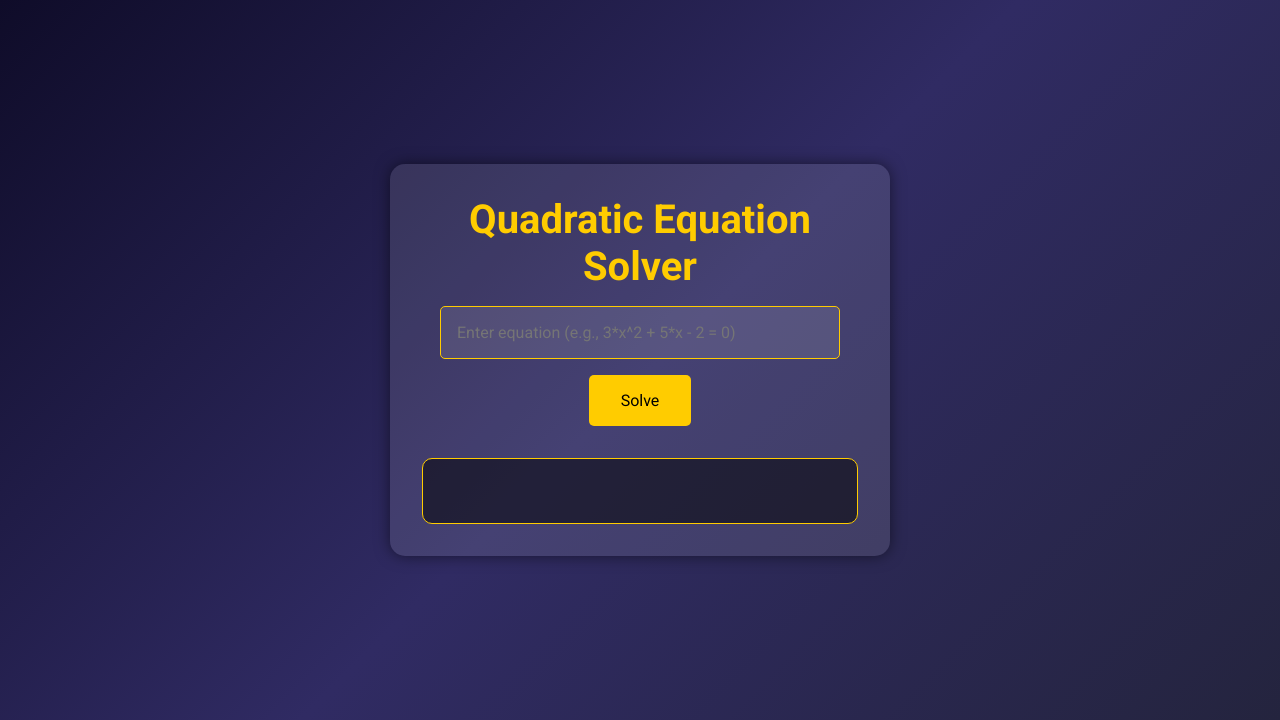
Repository: ngl-ankit/equation-solver
Page: index.html
These files come from the project's save history. The page is drawn as it stood at one moment and after the next save; the edit follows.
The browser window is 1280 px wide. The pictures show the whole page.

Above is the page before, as saved 2024-07-07 12:34:29.

### index.html
<!DOCTYPE html>
<html lang="en">
  <head>
    <meta charset="UTF-8" />
    <meta name="viewport" content="width=device-width, initial-scale=1.0" />
    <title>Quadratic Equation Solver</title>
    <link rel="stylesheet" href="styles.css" />
  </head>
  <body>
    <div class="container">
      <h1>Quadratic Equation Solver</h1>
      <div class="form-container">
        <form id="equation-form">
          <input
            type="text"
            id="equation-input"
            placeholder="Enter equation (e.g., 3*x^2 + 5*x - 2 = 0)"
            required
          />
          <button type="submit" class="solve-btn">Solve</button>
        </form>
      </div>
      <div id="results" class="results"></div>
    </div>
    <script src="script.js"></script>
  </body>
</html>

### styles.css
@import url("https://fonts.googleapis.com/css2?family=Roboto:wght@400;700&display=swap");

* {
  margin: 0;
  padding: 0;
  box-sizing: border-box;
  font-family: "Roboto", sans-serif;
}

body {
  display: flex;
  justify-content: center;
  align-items: center;
  height: 100vh;
  background-color: #0f0c29;
  background-image: linear-gradient(
    135deg,
    #0f0c29 0%,
    #302b63 51%,
    #24243e 100%
  );
  color: #fff;
  font-size: 16px;
}

.container {
  background: rgba(255, 255, 255, 0.1);
  padding: 2rem;
  border-radius: 15px;
  box-shadow: 0 0 15px rgba(0, 0, 0, 0.5);
  text-align: center;
  transition: transform 0.3s ease-in-out;
  max-width: 500px;
  width: 90%;
}

.container:hover {
  transform: scale(1.02);
}

h1 {
  margin-bottom: 1rem;
  font-size: 2.5rem;
  color: #ffcc00;
}

.form-container {
  margin-bottom: 2rem;
}

form {
  display: flex;
  flex-direction: column;
  align-items: center;
}

input[type="text"] {
  width: 100%;
  max-width: 400px;
  padding: 1rem;
  border: 1px solid #ffcc00;
  border-radius: 5px;
  background: rgba(255, 255, 255, 0.1);
  color: #fff;
  outline: none;
  font-size: 1rem;
  margin-bottom: 1rem;
  transition: background-color 0.3s, border-color 0.3s;
}

input[type="text"]:hover,
input[type="text"]:focus {
  background-color: rgba(255, 255, 255, 0.2);
  border-color: #ff9900;
}

button.solve-btn {
  padding: 1rem 2rem;
  border: none;
  background-color: #ffcc00;
  color: #000;
  border-radius: 5px;
  cursor: pointer;
  transition: background-color 0.3s, transform 0.3s;
  font-size: 1rem;
  outline: none;
}

button.solve-btn:hover {
  background-color: #ff9900;
  transform: scale(1.05);
}

.results {
  padding: 2rem;
  background: rgba(0, 0, 0, 0.5);
  border: 1px solid #ffcc00;
  border-radius: 10px;
  animation: fadeIn 0.5s ease-in-out;
  text-align: left;
  max-width: 100%;
}

.results p {
  margin-bottom: 0.5rem;
  font-size: 1rem;
  line-height: 1.5;
}

@keyframes fadeIn {
  from {
    opacity: 0;
  }
  to {
    opacity: 1;
  }
}

Loaded but not shown: script.js (no stored copy; drawn as an empty file)

After the next save:
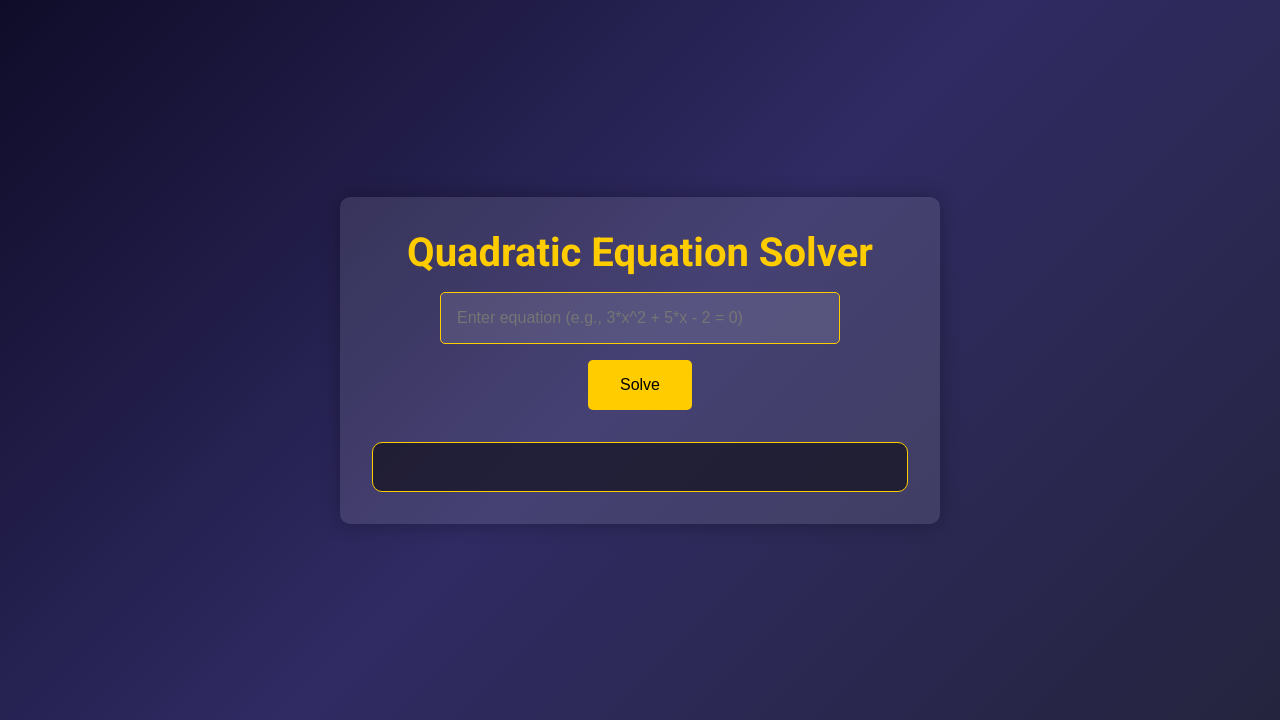
Saved 7 s later.
--- a/styles.css
+++ b/styles.css
@@ -4,7 +4,6 @@
   margin: 0;
   padding: 0;
   box-sizing: border-box;
-  font-family: "Roboto", sans-serif;
 }
 
 body {
@@ -12,35 +11,24 @@ body {
   justify-content: center;
   align-items: center;
   height: 100vh;
-  background-color: #0f0c29;
-  background-image: linear-gradient(
-    135deg,
-    #0f0c29 0%,
-    #302b63 51%,
-    #24243e 100%
-  );
+  font-family: "Roboto", sans-serif;
+  background: linear-gradient(135deg, #0f0c29, #302b63, #24243e);
   color: #fff;
-  font-size: 16px;
 }
 
 .container {
+  max-width: 600px;
+  width: 90%;
   background: rgba(255, 255, 255, 0.1);
   padding: 2rem;
-  border-radius: 15px;
-  box-shadow: 0 0 15px rgba(0, 0, 0, 0.5);
+  border-radius: 10px;
+  box-shadow: 0 0 20px rgba(0, 0, 0, 0.3);
   text-align: center;
-  transition: transform 0.3s ease-in-out;
-  max-width: 500px;
-  width: 90%;
-}
-
-.container:hover {
-  transform: scale(1.02);
 }
 
 h1 {
+  font-size: 2.5rem;
   margin-bottom: 1rem;
-  font-size: 2.5rem;
   color: #ffcc00;
 }
 
@@ -62,7 +50,6 @@ input[type="text"] {
   border-radius: 5px;
   background: rgba(255, 255, 255, 0.1);
   color: #fff;
-  outline: none;
   font-size: 1rem;
   margin-bottom: 1rem;
   transition: background-color 0.3s, border-color 0.3s;
@@ -92,19 +79,19 @@ button.solve-btn:hover {
 }
 
 .results {
-  padding: 2rem;
   background: rgba(0, 0, 0, 0.5);
   border: 1px solid #ffcc00;
   border-radius: 10px;
+  padding: 1.5rem;
+  margin-top: 2rem;
+  text-align: left;
   animation: fadeIn 0.5s ease-in-out;
-  text-align: left;
-  max-width: 100%;
 }
 
 .results p {
-  margin-bottom: 0.5rem;
   font-size: 1rem;
-  line-height: 1.5;
+  line-height: 1.6;
+  margin-bottom: 1rem;
 }
 
 @keyframes fadeIn {
